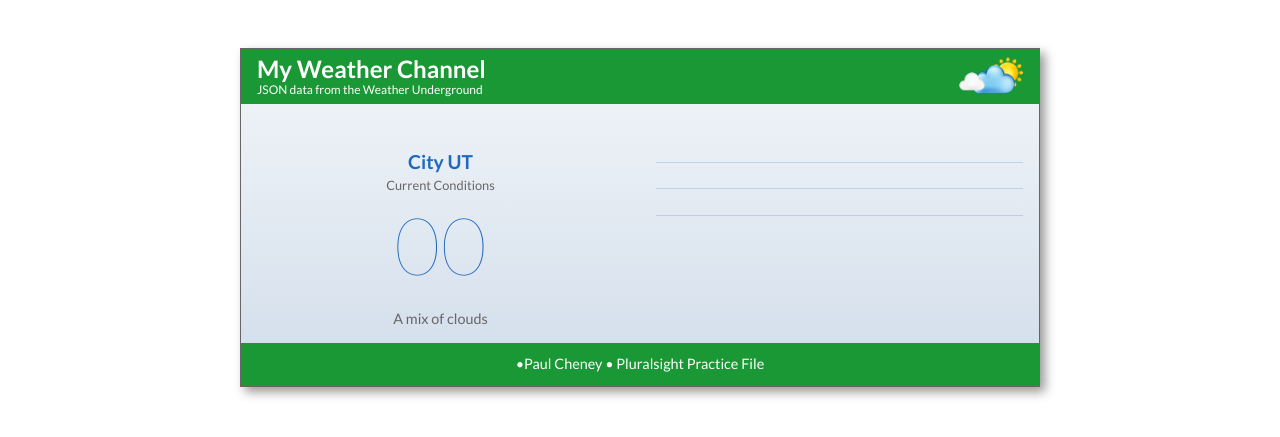
Repository: thinsanta/weather-site
Page: index.html
These files come from the project's save history. The page is drawn as it stood at one moment and after the next save; the edit follows.
The browser window is 1280 px wide. The pictures show the whole page.
The page's requests for data from a server got no answer.

Above is the page before, as saved 2019-10-28 11:11:10.

After the next save:
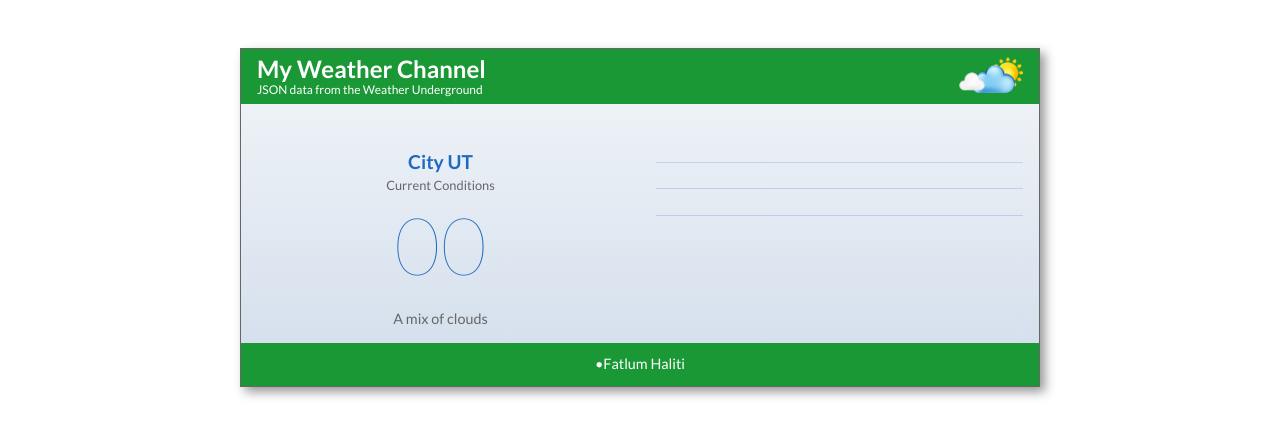
Saved 8 min 29 s later.
--- a/index.html
+++ b/index.html
@@ -79,7 +79,7 @@
 
 
     <footer>
-    <p>&bull;Paul Cheney &bull; Pluralsight Practice File</p>
+    <p>&bull;Fatlum Haliti</p>
     </footer>
 
 		</div> <!-- end wrapper -->
--- a/js/main.js
+++ b/js/main.js
@@ -33,7 +33,7 @@ weatherConditions.onload = function() {
 
 
 // GET THE FORECARST
-weatherForecast.open('GET', 'http://api.openweathermap.org/data/2.5/forecast?zip=84653,us&appid=e1137668a5448f4742c53b5e6df862cb&units=metric', true);
+weatherForecast.open('GET', 'http://api.openweathermap.org/data/2.5/forecast?zip=21458,swe&appid=e1137668a5448f4742c53b5e6df862cb&units=metric', true);
 weatherForecast.responseType = 'text';
 weatherForecast.send();
 
@@ -42,6 +42,7 @@ if (weatherForecast.status === 200){
 	fObj = JSON.parse(weatherForecast.responseText);
     console.log(fObj);
 
+//----------------DAY 1 ---------------------------------------
 
     var date_raw =fObj.list[0].dt_txt
     date_raw = date_raw.substring(2,16);
@@ -54,6 +55,7 @@ if (weatherForecast.status === 200){
     document.getElementById('r1c4').innerHTML = fObj.list[0].main.temp_max+"&deg;";
 
 //----------------DAY 2 ---------------------------------------
+
 var date_raw =fObj.list[8].dt_txt
     date_raw = date_raw.substring(2,16);
     document.getElementById('r2c1').innerHTML=date_raw;
@@ -65,6 +67,7 @@ var date_raw =fObj.list[8].dt_txt
     document.getElementById('r2c4').innerHTML = fObj.list[0].main.temp_max+"&deg;";
 
     //----------------DAY 3 ---------------------------------------
+
 var date_raw =fObj.list[16].dt_txt
 date_raw = date_raw.substring(2,16);
 document.getElementById('r3c1').innerHTML=date_raw;
